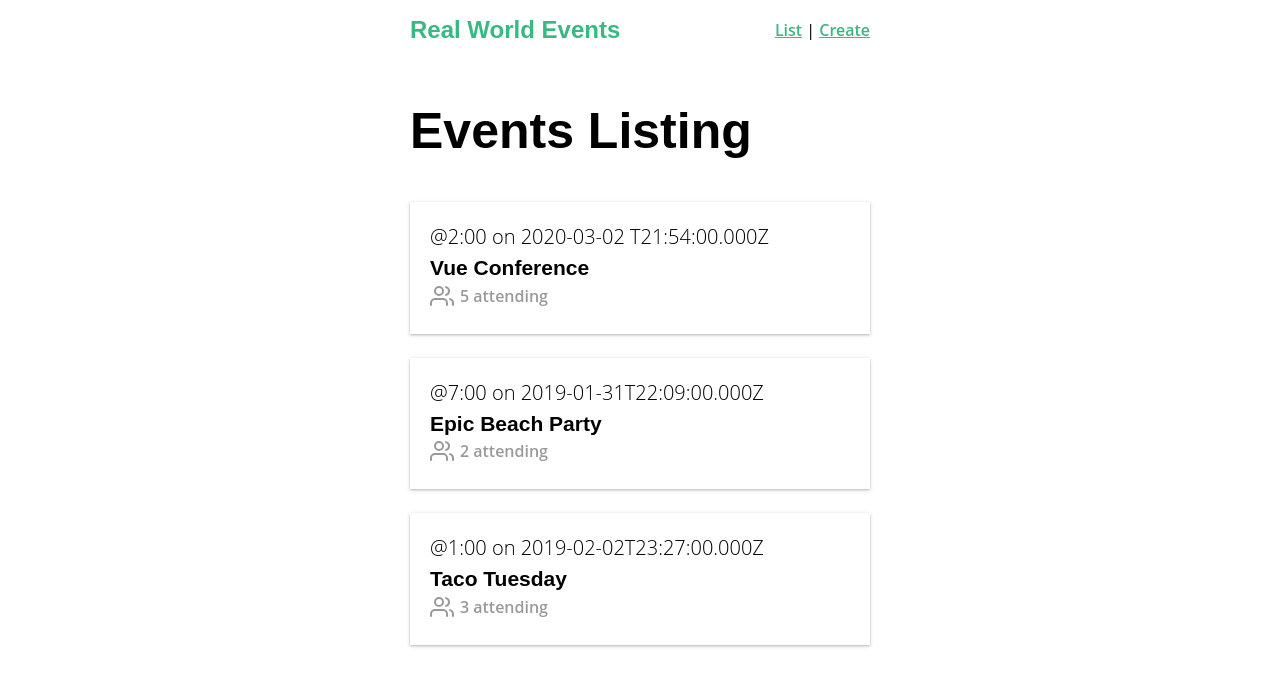
Repository: nickarocho/mastering-vue
Page: /
The author's editor kept a copy of each file at every save. The page is drawn from the files as they stood at one save, then again after the next save.
The browser window is 1280 px wide. The pictures show the whole page.
The project was rebuilt for these pictures with package versions that can differ from the ones it lists, and the page was loaded fresh each time. Requests to the local data server were answered from the project's data file. Also part of the build but not shown: src/views/EventShow.vue, src/components/BaseButton.vue, src/components/BaseInput.vue, src/components/BaseSelect.vue.

Above is the page before, as saved 2020-02-17 12:46:47.

After the next save:
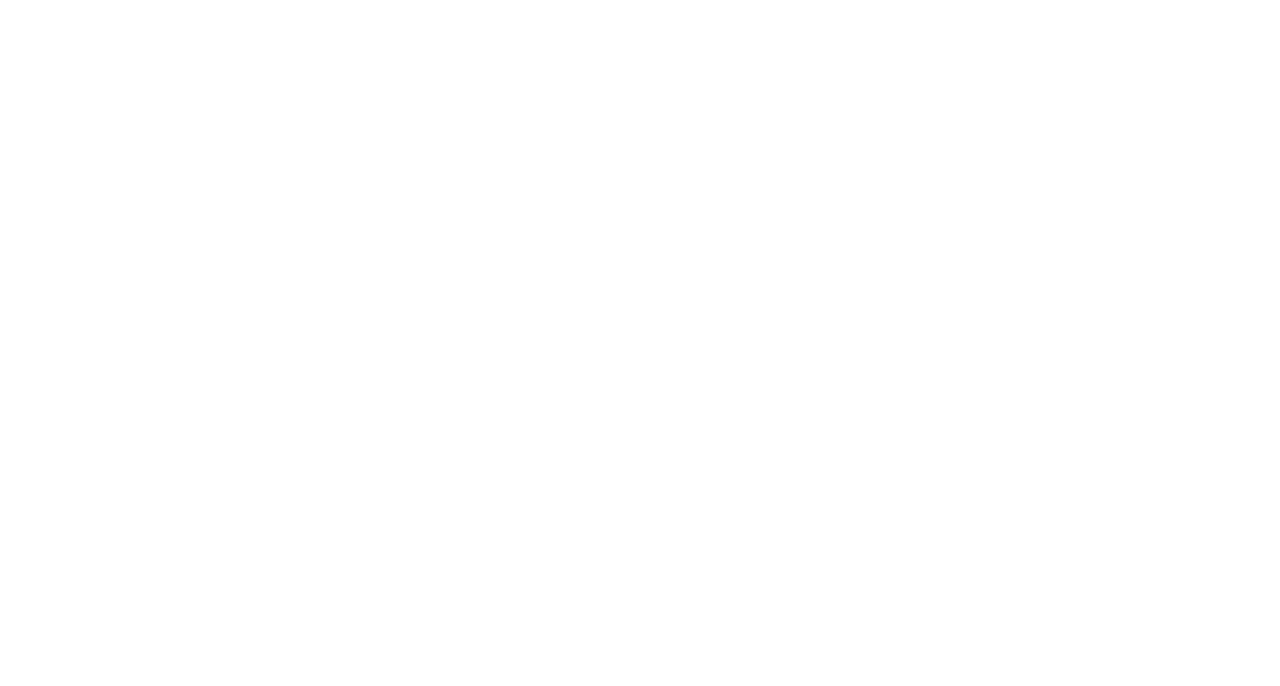
Console error: ReferenceError: mapGetters is not defined
Saved 57 s later.
--- a/src/views/EventCreate.vue
+++ b/src/views/EventCreate.vue
@@ -15,12 +15,14 @@
 
   export default {
     computed: {
-      catLength() {
-        return this.$store.getters.catLength
-      },
-      getEvent() {
-        return this.$store.getters.getEventById
-      },
+      // Importing getters manually
+      // catLength() {
+      //   return this.$store.getters.catLength
+      // },
+      // getEvent() {
+      //   return this.$store.getters.getEventById
+      // },
+      ...mapGetters(['catLength', 'getEvent']),
       ...mapState(['user', 'categories'])
     }
   }

After the 2 saves that followed:
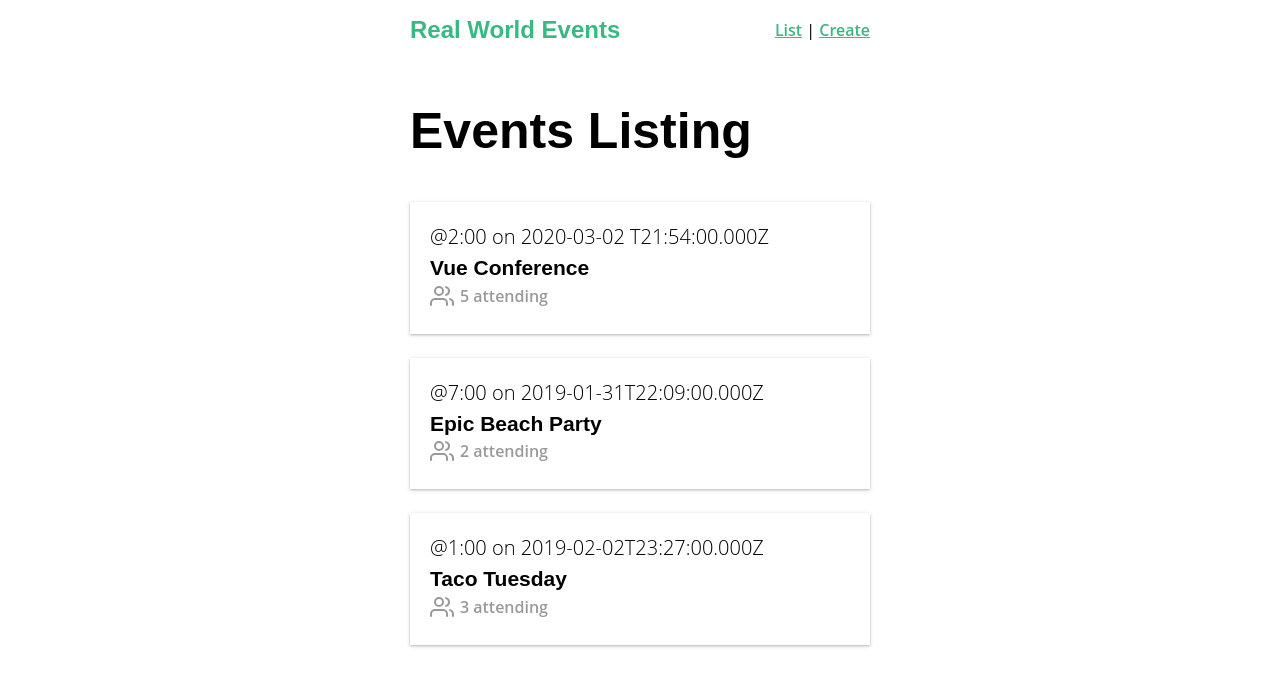
The error is gone.
The 2 saves are shown as one change because 1 left the picture as it was.
The last was saved 25 s later.
--- a/src/views/EventCreate.vue
+++ b/src/views/EventCreate.vue
@@ -11,7 +11,7 @@
 </template>
 
 <script>
-import { mapState, magGetters } from 'vuex'
+import { mapState, mapGetters } from 'vuex'
 
   export default {
     computed: {
@@ -22,7 +22,7 @@
       // getEvent() {
       //   return this.$store.getters.getEventById
       // },
-      ...mapGetters(['catLength', 'getEvent']),
+      ...mapGetters(['catLength', 'getEventById']),
       ...mapState(['user', 'categories'])
     }
   }
